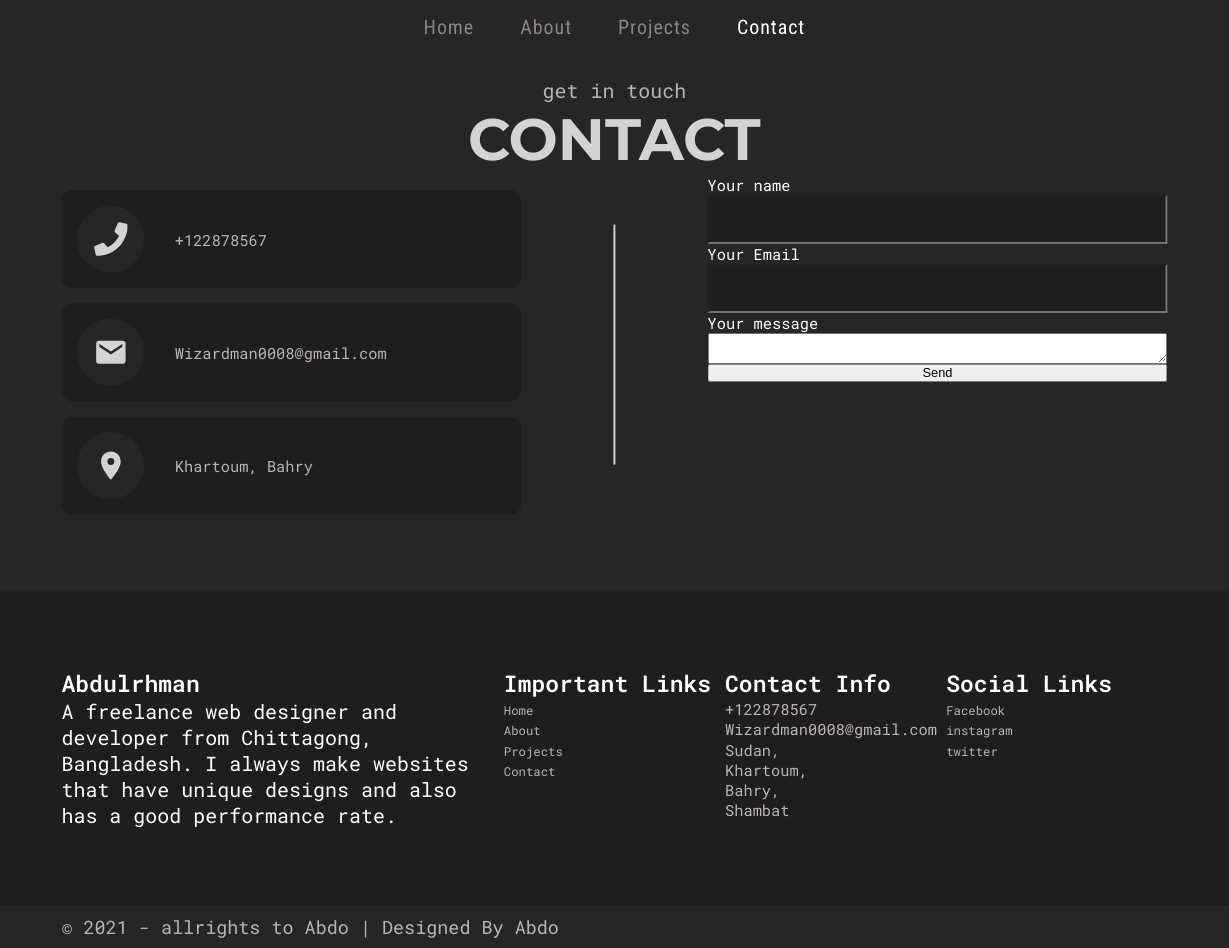
Repository: Abdoulrhman-altyeb/React-Typescript
Page: /contact
An editor plug-in stored every save of this project. The page is shown before and after the next save, followed by the edit.
The browser window is 1280 px wide. The pictures show the whole page, at 96% of full size.
The project was rebuilt for these pictures with package versions that can differ from the ones it lists, and the page was loaded fresh each time. Also part of the build but not shown: src/components/Button.tsx, src/components/ContactButton.tsx, src/components/HeroSection.tsx, src/components/AboutSection.tsx, src/assits/data/Services.ts, src/components/ServiceItems.tsx, src/components/ServicesSection.tsx, src/components/ProjectsSection.tsx and 3 more.

Above is the page before, as saved 2021-05-20 17:55:21.

### public/index.html
<!DOCTYPE html>
<html lang="en">

<head>
  <meta charset="utf-8" />
  <meta name="viewport" content="width=device-width, initial-scale=1" />
  <meta name="theme-color" content="#000000" />
  <meta name="description" content="IT Guys Community" />
  <link rel="preconnect" href="https://fonts.gstatic.com">
  <link href="https://fonts.googleapis.com/css2?family=Roboto:wght@300;400;500;700&display=swap" rel="stylesheet">
  <link rel="preconnect" href="https://fonts.gstatic.com">
<link href="https://fonts.googleapis.com/css2?family=Montserrat:wght@200;300;400;500;700&display=swap" rel="stylesheet">
<link rel="preconnect" href="https://fonts.gstatic.com">
<link href="https://fonts.googleapis.com/css2?family=Roboto+Mono:wght@200;300;400;500;600&display=swap" rel="stylesheet">
<link rel="preconnect" href="https://fonts.gstatic.com">
<link href="https://fonts.googleapis.com/css2?family=Roboto+Condensed:wght@400;700&display=swap" rel="stylesheet">
  <title>App Lab</title>
</head>

<body>
  <noscript>You need to enable JavaScript to run this app.</noscript>
  <div id="root"></div>
</body>

</html>

### src/index.tsx
import ReactDOM from "react-dom";
import App from "./App";
import './assits/styles/style.css'

ReactDOM.render(<App/>,document.getElementById("root"));

### src/App.tsx
import React from "react";
import NavBar from './components/NavBar';
import { BrowserRouter as Router, Route, Switch } from 'react-router-dom'
import Home from "./Pages/Home";
import Contact from "./Pages/Contact";
import About from "./Pages/About";
import Projects from "./Pages/Projects";


const App: React.FC = () => {



  return (
    <>
      <Router>
        <NavBar />
        <Switch>
          <Route  path='/' exact>
            <Home />
          </Route>
          <Route path="/contact">
            <Contact />
          </Route>
          <Route path='/about'>
            <About />
          </Route>
          <Route path='/projects'>
              <Projects/>
          </Route>
        </Switch>
      </Router>
    </>
  )
}

export default App;

### src/assits/styles/style.css
* {
    padding:0;
    margin:0;
    box-sizing:border-box;
    scroll-behavior: auto;
}

body {
    background:#262626;
    color:white;
    font-family: 'Roboto Mono', monospace;
}
::-webkit-scrollbar-track {
    background: #1E1E1E;
}
::-webkit-scrollbar {
    width: 8px;
}
::-webkit-scrollbar-thumb {
    background: #888;
    border-radius: 20px;
}




img,svg{
    width: 100%;
    height:100%;
    object-fit: cover;
}
.container {
    width:90%;
    max-width:1200px;
    margin: 0 auto;
}

.hero__img {
    height:600px;
}
ul {
    list-style: none;
}
p, h1, span,h3,a {
    color:#BCB4B4
}
a {
    text-decoration: none;
    font-size:0.8rem;
}

### src/components/NavBar.tsx
import React,{useState} from 'react';
import styled from 'styled-components';
import { NavLink } from 'react-router-dom';
import { BiMenu, BiX } from 'react-icons/bi';


const NavBar: React.FC = () => {

    const [isActive, setIsActive] = useState<boolean>(false);

    return (
        <NavBarContainer>
            <div className="hamburgerMenu"
                onClick={() => setIsActive(!isActive)}
                role='button'
                tabIndex={0}
                onKeyDown={() => setIsActive(!isActive)}
            >
                <BiMenu/>
            </div>
            <ul className={isActive ? 'ListItems' : 'ListItems hide-items'}>
                <div className='closeMenu'
                    onClick={() => setIsActive(!isActive)}
                    role='button'
                    tabIndex={0}
                    onKeyDown={() => setIsActive(!isActive)}
                >
                    <BiX/>
                </div>
                <li>
                    <NavLink to='/' exact>
                     Home
                    </NavLink>
                </li>
                <li>
                    <NavLink to="/about">
                        About
                    </NavLink>
                </li>
                <li>
                    <NavLink to='projects'>
                        Projects
                    </NavLink>
                </li>
                <li>
                    <NavLink to='contact'>
                        Contact
                    </NavLink>
                </li>
            </ul>
        </NavBarContainer>
    )
}

const NavBarContainer = styled.nav`
    position: fixed;
    z-index:100;
    top:0;
    left:0;
    background-color:#262626;
    font-family: 'Roboto Condensed', sans-serif;
    width:100%;
    ul {
        width:90%;
        max-width:1200px;
        justify-content:center;
        text-align:center;
        margin:0 auto;
        border-radius:12px;
    }
    li {
        display:inline-block;
        cursor:pointer;
    }
    a {
        display:inline-block;
        padding:1rem 1.5rem;
        font-size:1.3rem;
        color:#8c8484;
        letter-spacing: 1px;
        transition:0.3s ease color;
        /* &:hover {
            color:#726f6f;
        } */
    }
    .active {
        color:white;
    }

    .hamburgerMenu {
        font-size:2rem;
        position:absolute;
        top:1rem;
        right:1rem;
        color:white;
        display:none;
        * {
            pointer-events:none;
        }
    }
    .closeMenu{
        display:none;
    }
    @media only screen and (max-width:768px) {
        .hide-items{
            transform: translateY(calc(-100% - 1rem))
        }
        .hamburgerMenu{
            display:block;
        }
        .ListItems {
            width:80%;
            max-width:230px;
            position:absolute;
            top:1rem;
            right:1rem;
            background:#1E1E1E;
            padding:1rem;
            transition: 0.3s ease transform;

            .closeMenu {
                color:white;
                font-size:1.5rem;
                width:1rem;
                margin: 0 0 0 auto;
                cursor: pointer;
                display:block;
                *{
                    pointer-events:none;
                }
            }
        }
        li {
            display:block;
            margin-bottom:1rem;
        }
        a {
            /* padding:1rem; */
            padding:0.2rem;
            outline:none;
        }
    }
`;



export default NavBar;

### src/Pages/Contact.tsx
import React from 'react';
import ContactSection from '../components/ContactSecion';
import FooterSection from '../components/FooterSection';

const Contact: React.FC = () => {
    return (
        <>
            <ContactSection/>
            <FooterSection/>
        </>
    )
}

export default Contact;

### src/components/FooterSection.tsx
import React from 'react';
import styled from 'styled-components';
import PaText from './PaText';
import { Link } from 'react-router-dom';

const FooterSection: React.FC = () => {
    return (
        <>
            <StyledDiv>
                <div className="container">
                    <div className="info">
                        <h2>Abdulrhman</h2>
                        <PaText>
                            A freelance web designer and developer from Chittagong,
                            Bangladesh. I always make websites that have unique designs
                            and also has a good performance rate.
                        </PaText>
                    </div>
                    <div className="pages">
                        <h2>Important Links</h2>
                        <ul>
                            <li>
                                <Link to="/">Home</Link>
                            </li>
                            <li>
                                <Link to="/">About</Link>
                            </li>
                            <li>
                                <Link to="/">Projects</Link>
                            </li>
                            <li>
                                <Link to="/">Contact</Link>
                            </li>
                        </ul>
                    </div>
                    <div className="contact_info">
                        <h2>Contact Info</h2>
                        <ul>
                            <li><p>+122878567</p></li>
                            <li><p>Wizardman0008@gmail.com</p></li>
                            <li><p>Sudan,<br></br>Khartoum,<br></br>Bahry,<br></br>Shambat</p></li>
                        </ul>
                    </div>
                    <div className="social_Links">
                        <h2>Social Links</h2>
                        <ul>
                            <li><a href="https://facebook.com" rel='noreferrer'>Facebook</a></li>
                        </ul>
                        <ul>
                            <li><a href="https://instagram.com" rel='noreferrer'>instagram</a></li>
                        </ul>
                        <ul>
                            <li><a href="https://twitter.com" rel='noreferrer'>twitter</a></li>
                        </ul>
                    </div>
                </div>
            </StyledDiv>
            <StyledCopyright>
                <div className="container">
                    <p>© 2021 - allrights to Abdo  | Designed By Abdo</p>
                </div>
            </StyledCopyright>
        </>

    )
}

const StyledDiv = styled.div`
    background:#1E1E1E;
    padding:5rem 0 ;
    .container{
        display:flex;
    }
    .info{
        flex:2;
    }
    .contact_info,
    .pages,
    .social_Links{
        flex:1;
    }
    @media only screen and (max-width:768px) {
        .container{
            flex-direction:column;
        }
    }
`;
const StyledCopyright = styled.div`
    background:#262626;
    padding:10px 0;
    p{
        font-size:1.2rem;
    }

    @media only screen and (max-width:768px) {
        p{
            font-size:0.9rem;
            width:100%;
        }
    }
`;

export default FooterSection

### src/components/ContactSecion.tsx
import React from 'react';
import styled from 'styled-components';
import SectionsTitle from './SectionsTitle';
import { FaPhone } from 'react-icons/fa';
import { IoMdMail } from 'react-icons/io';
import {MdLocationOn} from 'react-icons/md'

const ContactSection: React.FC = () => {
    return (
        <StyledDiv>
            <div className="container">
                <SectionsTitle title='contact' semiTitle='get in touch' />
                <div className="contact-me">
                    <div className="contact-info">
                        <div className="phone">
                            <div className="icon">
                                <FaPhone/>
                            </div>
                            <span> +122878567</span>
                        </div>
                        <div className="mail">
                            <div className="icon">
                                <IoMdMail/>
                            </div>
                            <span>Wizardman0008@gmail.com</span>
                        </div>
                        <div className="location">
                            <div className="icon">
                                <MdLocationOn/>
                            </div>
                            <span>Khartoum, Bahry</span>
                        </div>
                    </div>
                    <div className="linebetween"></div>
                    <form className='form-contact'>
                        <label htmlFor="name">Your name</label>
                        <input className='name' type="text" id='name' />
                        <label htmlFor="email">Your Email</label>
                        <input type="email" id="email" />
                        <label htmlFor="message">Your message</label>
                        <textarea id="message"></textarea>
                        <button type='submit'>Send</button>
                    </form>
                </div>
            </div>
        </StyledDiv>
    )
}
const StyledDiv = styled.div`
    padding:5rem 0;
    text-align: center;
    .container{
        display: flex;
        flex-direction:column;
    }
    .title{
        p{
            font-size:1.3rem;
        }
        h2{
            font-size:3.8rem;
            margin-top:0;
        }
    }
    .contact-me{
        display: flex;
        gap:6rem;
    }
    .contact-info{
        flex:1;
    }
    .phone,
    .mail,
    .location{
        width:100%;
        background:#1E1E1E;
        margin-top:1rem;
        padding:1rem;
        border-radius:12px;
        display: flex;
        align-items: center;
    }
    .icon{
        width:70px;
        height:70px;
        border-radius: 50%;
        display: flex;
        justify-content: center;
        align-items:center;
        margin-right:2rem;
        background:#262626;
    }
    .icon svg{
        width:50%;
        fill: lightgray;
    }
    .linebetween{
        width:2px;
        height:250px;
        background:lightgray;
        align-self:center;
    }

    .form-contact{
        flex:1;
        display: flex;
        flex-direction:column;
        text-align:left;
    }
    .form-contact input{
        padding:1rem;
        background:#1E1E1E
    }
`;

export default ContactSection;

### src/components/PaText.tsx
import styled from 'styled-components'

const PaText: React.FC = ({children}) => {

    return (
        <TextContainer className='par'>
            {children}
        </TextContainer>
    )
}

const TextContainer = styled.div`
    max-width:500px;
    margin:0 auto;
    line-height:1.3em;
    font-family: 'Roboto Mono', monospace;
    font-size:1.3rem;
    @media only screen and (max-width:768px) {
        font-size:1.1rem;
    }
`;

export default PaText

### src/components/SectionsTitle.tsx
import React from 'react';
import styled from 'styled-components';

const SectionsTitle:React.FC<SectionTitle> = ({title,semiTitle}) => {
    return (
        <StyledSectionTitle className='title'>
            <p>{semiTitle}</p>
            <h2>{title}</h2>
        </StyledSectionTitle>
    )
}

const StyledSectionTitle = styled.div`
    P{
        font-size:1.5rem;
    }
    h2{
        font-size:3.8rem;
        font-family: 'Montserrat', sans-serif;
        text-transform:uppercase;
        margin-top:0.7rem;
        color:lightgray;
    }
    @media only screen and (max-width:768px){
        p{
            font-size:1rem;
        }
        h2{
            font-size:2rem;

        }
    }
`;

export default SectionsTitle;

After the next save:
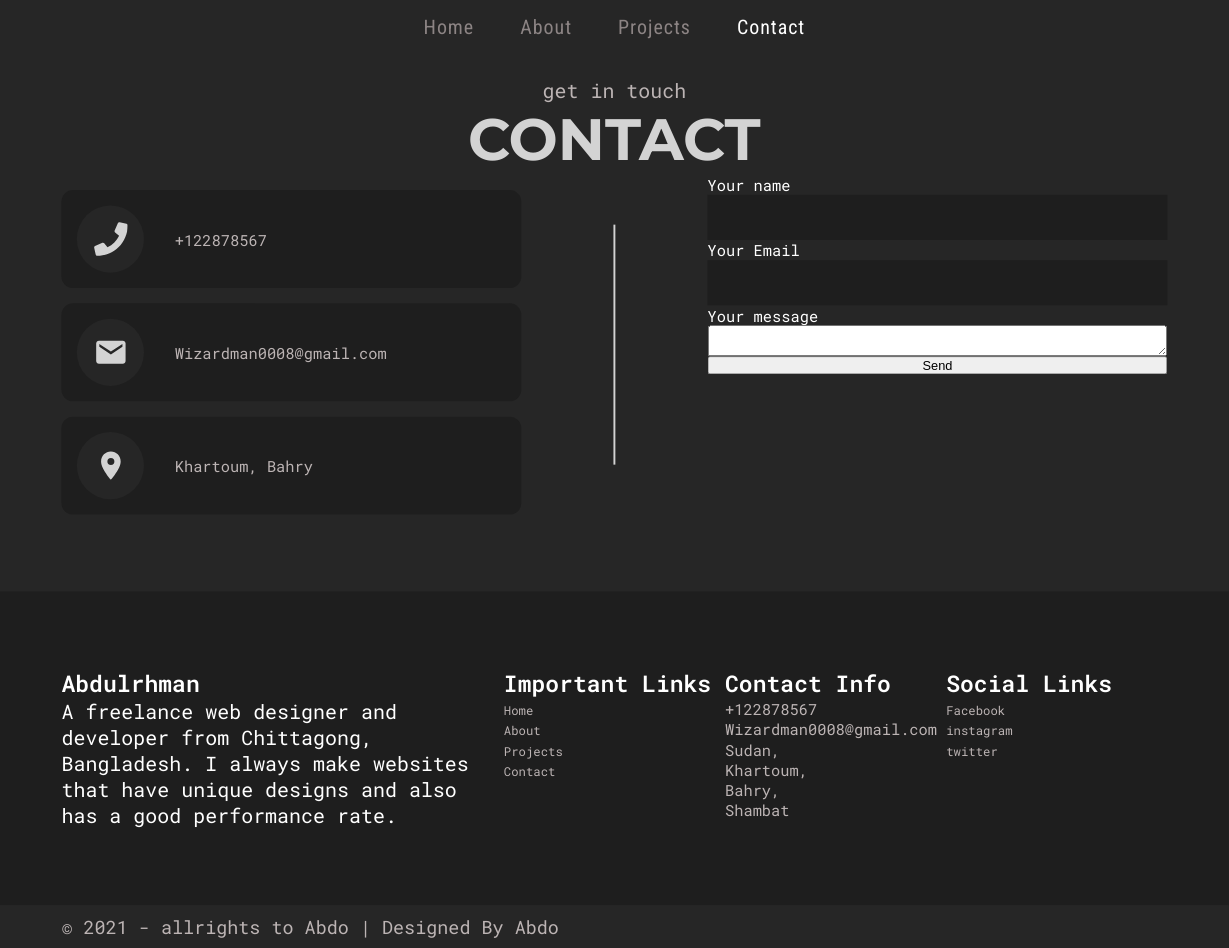
Saved 9 s later.
--- a/src/components/ContactSecion.tsx
+++ b/src/components/ContactSecion.tsx
@@ -109,7 +109,8 @@ const StyledDiv = styled.div`
     }
     .form-contact input{
         padding:1rem;
-        background:#1E1E1E
+        background:#1E1E1E;
+        border:none;
     }
 `;
 
